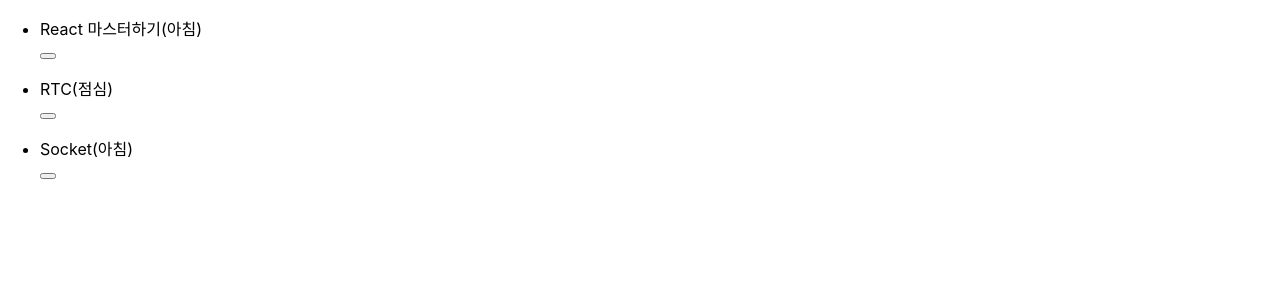
Repository: 0gunkim/REACT-TODO-PRAC
Page: / (app in todo/)
The author's editor kept a copy of each file at every save. The page is drawn from the files as they stood at one save, then again after the next save.
The browser window is 1280 px wide. The pictures show the whole page.
The project was rebuilt for these pictures with package versions that can differ from the ones it lists, and the page was loaded fresh each time.

Above is the page before, as saved 2023-01-03 22:37:52.

### todo/src/App.js
import TodoList from "./pages/TodoList";


function App() {
  return (
    <div className="App">
   <TodoList></TodoList>
    </div>
  );
}

export default App;

### todo/src/pages/TodoList.jsx
import React from 'react';
import { useState } from 'react';
import { initialTodo } from '../util/initialTodo';
import { AddButton } from '../components/AddButton';
export default function TodoList() {
    const [todo, setTodo] = useState(initialTodo)
    return (
        <div>
            {todo.map((list)=>{
                return(
                <div key={list.id}>
                    <ul>
                        <li>{list.title}({list.time})</li>
                        <AddButton todo={todo} setTodo={setTodo} />
                    </ul>
                </div>

                )})}
        </div>
    );
}

### todo/src/util/initialTodo.js
export const initialTodo = [
{
    id: 1,
    title: 'React 마스터하기',
    time: '아침',
},
{
    id: 2,
    title: 'RTC',
    time: '점심',
},
{
    id: 3,
    title: 'Socket',
    time: '아침',
},
]

### todo/src/components/AddButton.jsx
import React from 'react';

export const AddButton = (props) => {
    const {todo, setTodo} = props;
    const addHandlerButton = () => {

    };
    return(
        <div>
        <button onClick={addHandlerButton}></button>
        </div>
    );
};

Loaded but not shown: todo/public/index.html (common file); todo/src/index.js (common file); todo/src/index.css (common file); todo/src/reportWebVitals.js (common file)

After the next save:
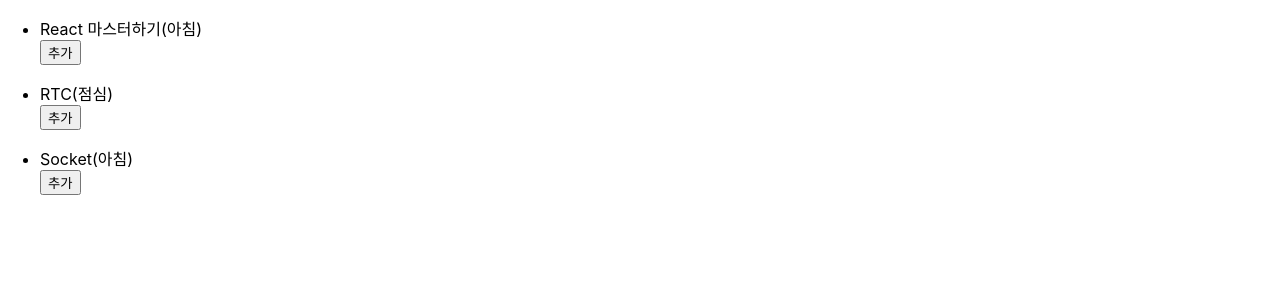
Saved 12 s later.
--- a/todo/src/components/AddButton.jsx
+++ b/todo/src/components/AddButton.jsx
@@ -7,7 +7,7 @@
     };
     return(
         <div>
-        <button onClick={addHandlerButton}></button>
+        <button onClick={addHandlerButton}>추가</button>
         </div>
     );
 };
